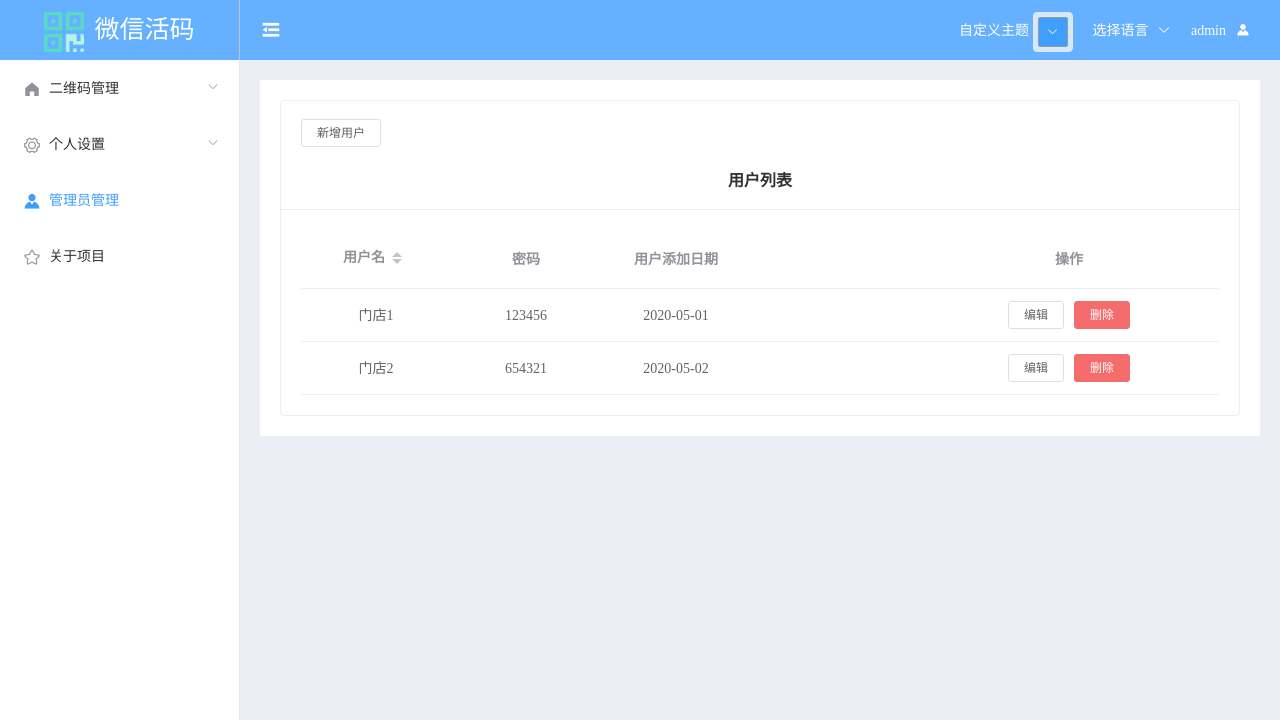
Repository: pioneer22/qrcode
Page: /#/manager
These files come from the project's save history. The page is drawn as it stood at one moment and after the next save; the edit follows.
The browser window is 1280 px wide. The pictures show the whole page.
The page's requests for data from a server got no answer. An inner scrolling area shows only its first screen. The project was rebuilt for these pictures with package versions that can differ from the ones it lists, and the page was loaded fresh each time. No one was signed in, and anything a server would have sent is missing. Also part of the build but not shown: vue.config.js, src/views/layout/TheLayoutSubSidebar.vue.

Above is the page before, as saved 2020-05-13 11:47:00.

### public/index.html
<!DOCTYPE html>
<html lang="en">

<head>
  <meta charset="utf-8">
  <meta http-equiv="X-UA-Compatible" content="IE=edge">
  <meta name="viewport" content="width=device-width,initial-scale=1.0">
  <link rel="icon" href="<%= BASE_URL %>favicon.ico">
  <title>Qrcode</title>
</head>

<body>
  <noscript>
    <strong>We're sorry but llplatform doesn't work properly without JavaScript enabled. Please enable it to
      continue.</strong>
  </noscript>
  <div id="app"></div>
  <!-- built files will be auto injected -->
</body>

</html>

### src/App.vue
<template>
  <div id="app">
    <router-view />
  </div>
</template>

<style lang="scss">
  #app {
    height: 100%;
  }
</style>

### src/assets/css/common.scss
html, body {
  height: 100%;
}

* {
  box-sizing: border-box;
  margin: 0;
  padding: 0;
}

/* Chrome 滚动条优化 */
* {
  &::-webkit-scrollbar { /*滚动条整体样式*/
    width: 8px; /*高宽分别对应横竖滚动条的尺寸*/
    height: 8px;
  }

  &::-webkit-scrollbar-thumb { /*滚动条里面小方块*/
    border-radius: 8px;
    background-color: hsla(220, 4%, 58%, .3);
    transition: background-color .3s;

    &:hover {
      background: #bbb;
    }
  }

  &::-webkit-scrollbar-track { /*滚动条里面轨道*/
    background: #EDEDED;
  }
}

### src/router/whiteList.js
/* 免登录白名单页面 */
const whiteList = [
  '/error/403',
  '/error/404',
  '/error/500',
  '/login',
  '/register'
]

export default whiteList

### src/views/layout/TheLayout.vue
<template>
  <el-row class="page">
    <el-col :span="24" style="position: absolute;">
      <the-header :open-nav="openNav" @toggle-open="toggleOpen"></the-header>
    </el-col>
    <el-col :span="24" class="page-main">
      <the-sidebar :open-nav="openNav"></the-sidebar>
      <section class="page-content" :class="{'page-content-hide-aside': !openNav}">
        <the-main></the-main>
        <the-footer></the-footer>
      </section>
    </el-col>
  </el-row>
</template>

<script>
  import TheLayoutHeader from './TheLayoutHeader'
  import TheLayoutSidebar from './TheLayoutSidebar'
  import TheLayoutFooter from './TheLayoutFooter'
  import TheLayoutMain from './TheLayoutMain'

  export default {
    name: 'TheLayout',
    data() {
      return {
        openNav: true
      }
    },
    created() {
      // 判断是否登陆，未登录返回登陆界面
      /*   if (!localStorage.getItem('user-token')) {
          this.$router.push('/login')
        } */
    },
    methods: {
      toggleOpen() {
        this.openNav = !this.openNav
      }
    },
    components: {
      'the-header': TheLayoutHeader,
      'the-sidebar': TheLayoutSidebar,
      'the-footer': TheLayoutFooter,
      'the-main': TheLayoutMain
    }
  }
</script>

<style scoped lang="scss">
  .page {
    position: absolute;
    left: 0;
    top: 0;
    height: 100%;
    width: 100%;

    .page-main {
      box-sizing: border-box;
      padding-top: 60px;
      height: 100%;

      .page-content {
        overflow: auto;
        margin-left: 240px;
        height: 100%;
        background-color: #EBEEF5;
      }

      .page-content-hide-aside {
        margin-left: 65px;
      }
    }
  }
</style>

### src/views/pages/PageManager.vue
<template>
  <div>
    <el-card class="card" shadow="hover">
      <div slot="header">
        <el-button size="mini" @click="handleAddChild">新增用户</el-button>
        <div style="text-align: center;padding-top: 20px;">
          <b>用户列表</b>
        </div>
      </div>

      <el-table :data="tableData" style="width: 100%">

        <el-table-column label="用户名" width="150" sortable prop="name">
          <template slot-scope="scope">
            <span>{{ scope.row.name }}</span>
          </template>
        </el-table-column>

        <el-table-column label="密码" width="150">
          <template slot-scope="scope">
            <span>{{ scope.row.password }}</span>
          </template>
        </el-table-column>

        <el-table-column label="用户添加日期" width="150">
          <template slot-scope="scope">
            <span>{{ scope.row.date }}</span>
          </template>
        </el-table-column>

        <el-table-column label="操作" fixed="right" width="300">
          <template slot-scope="scope">
            <el-button size="mini" @click="handleEditCurrentChild(scope.$index, scope.row)">编辑</el-button>
            <el-button size="mini" type="danger" @click="handleDeleteChild(scope.$index, scope.row)">删除</el-button>
          </template>
        </el-table-column>
      </el-table>
    </el-card>
  </div>
</template>

<script>
  import { changeTitle } from '@/api/qrcode'
  export default {
    name: 'PageQrcodeManage',
    data() {
      return {
        tableData: [{
          date: '2020-05-01',
          // img: require('@/assets/img/about/my-logo.png'),
          name: "门店1",
          password: '123456',

        },
        {
          date: '2020-05-02',
          // img: require('@/assets/img/about/my-logo.png'),
          name: "门店2",
          password: '654321',
        }],

        childDatas: [],
        childData: {},

        childImg: '',
        childTitle: ''
      }
    },

    computed: {
      rules() {
        return {
          title: [
            { required: true, message: '请输入子码标题', trigger: 'blur' },
            { min: 2, max: 50, message: '长度在 2 个字符以上', trigger: 'blur' }
          ],
          sortid: [
            { required: true, message: '请输入排序值', trigger: 'blur' },
            { type: 'number', message: '请输入数字', trigger: 'blur' }
          ]
        }
      }
    },

    watch: {
      'childData.sortid': {
        handler() {
          this.childData.sortid = parseInt(this.childData.sortid)
        }
      }
    },

    methods: {
      // 编辑活码，修改标题
      handleEdit(index, row) {
        let id = row.id
        this.$MessageBox.prompt(`请输入ID为${id}的活码要更新的标题~`, '提示', {
          confirmButtonText: '确定',
          cancelButtonText: '取消',
          inputValidator: (value) => { return value.length < 2 ? '标题长度小于2' : true },
        }).then(({ value }) => {
          let params = { title: value, id }
          changeTitle(params).then(data => {
            console.log("changeTitle:", data)
          }).catch(err => {
            console.log("changeTitleErr:", err)
          })
        }).catch(() => { });
      },

      // 编辑子码
      handleEditChild(index, row) {
        this.childDatas = this.tableData
        this.show = 2
      },

      // 删除活码
      handleDelete(index, row) {
        let id = row.id
        this.$MessageBox.confirm(`此操作将永久删除ID为${id}的活码, 是否继续?`, '提示', {
          confirmButtonText: '确定',
          cancelButtonText: '取消',
          type: 'warning'
        }).then(() => {
          this.tableData.splice(index, 1)
          /* this.$message({
            type: 'success',
            message: '删除成功!'
          }); */
        }).catch(() => { });
      },

      // 下载活码
      handleDownload(index, row) {
        const image = new Image();
        // 解决跨域 canvas 污染问题
        image.setAttribute('crossOrigin', 'anonymous');
        image.onload = function () {
          const canvas = document.createElement('canvas');
          canvas.width = image.width;
          canvas.height = image.height;
          const context = canvas.getContext('2d');
          context.drawImage(image, 0, 0, image.width, image.height);
          const url = canvas.toDataURL('image/png');
          // 生成一个 a 标签
          const a = document.createElement('a');
          // 创建一个点击事件
          const event = new MouseEvent('click');
          // 将 a 的 download 属性设置为我们想要下载的图片的名称，若 name 不存在则使用'图片'作为默认名称
          a.download = row.title || '图片';
          // 将生成的 URL 设置为 a.href 属性
          a.href = url;
          // 触发 a 的点击事件
          a.dispatchEvent(event);
        };
        image.src = row.img
      },

      // 新增子码
      handleAddChild() {
        this.childTitle = '新增子码'
        this.show = 3
        this.childData = {
          title: '子码标题',
          sortid: 1,
          url: ''
        }
      },

      // 编辑选中子码
      handleEditCurrentChild(index, row) {
        this.childTitle = '编辑子码'
        this.childData = row
        this.childData['name'] = this.childData['title']
        this.childData['url'] = this.childData['img']
        this.show = 3
      },

      // 删除选中子码
      handleDeleteChild(index, row) {
        let id = row.id
        this.$MessageBox.confirm(`此操作将永久删除ID为${id}的子码, 是否继续?`, '提示', {
          confirmButtonText: '确定',
          cancelButtonText: '取消',
          type: 'warning'
        }).then(() => {
          this.childDatas.splice(index, 1)
        }).catch(() => { });
      },

      // 返回上一页
      backPage() {
        this.show = this.show - 1
        if (this.show === 2) {
          // 重新请求，刷新数据
          this.childData = {}
        }
      },

      handleChange(file, fileList) {
        this.$refs.upload.clearFiles();
        let fileName = file.name;
        let regex = /(.jpg|.jpeg|.gif|.png|.bmp)$/;
        if (regex.test(fileName.toLowerCase())) {
          this.childImg = URL.createObjectURL(file.raw)  // 获取URL
        } else {
          this.$message.error('请选择图片文件');
        }
      },

      // 提交更改
      submitForm(formName) {
        this.$refs[formName].validate((valid) => {
          if (valid) {
            // 手动上传文件,当点击确定再上传图片
            this.$refs.upload.submit();

            // 将数据图片传到后台处理
            // console.log("submitForm", this.fileList)
            // alert('submit!')
          } else {
            return false
          }
        })
      },

      beforeUpload(file) {
        console.log("beforeUpload:", file)
      },

      // 图片上传成功
      handleSuccess(response, file, fileList) {
        // this.childImg = res.data
        // this.childData = fileList[0]
        this.childImg = fileList[0].url
        console.log("file:", fileList)
      }
    }
  }
</script>

<style scoped>
  .card {
    /* min-width: fit-content; */
    max-width: 100%;
  }

  .el-table th>>>.cell {
    text-align: center;
  }

  .el-table>>>.cell {
    text-align: center;
  }
</style>

### src/views/layout/TheLayoutHeader.vue
<template>
  <el-header class="header el-button--primary">
    <router-link to="/index">
      <div class="logo" :class="{'logo-hide': !openNav}">
        <img src="../../assets/qrcode.png" class="image" />
        <span class="text">{{ $t('header.qrcode') }}</span>
      </div>
    </router-link>
    <div class="content">
      <i class="el-icon-s-fold toggle" @click="navOpenToggle" :title="$t('header.toggleNavHide')" v-show="openNav"></i>
      <i class="el-icon-s-unfold toggle" @click="navOpenToggle" :title="$t('header.toggleNavShow')"
        v-show="!openNav"></i>
    </div>
    <div class="right max-right">
      <div class="right-item">
        {{ $t('header.themeChange') }}
        <theme-picker></theme-picker>
      </div>
      <div class="right-item" @click="clickLangue">
        <el-dropdown trigger="click" @command="changeLanguage" id="langDropDown">
          <p class="user-info">
            {{ $t('header.languageSelect') }}
            <i class="el-icon-arrow-down el-icon--right drop-icon" id="langDropIcon"></i>
          </p>
          <el-dropdown-menu slot="dropdown">
            <el-dropdown-item command="zh-cn" :disabled="this.lang==='zh-cn'">
              {{$t('header.langZh')}}
            </el-dropdown-item>
            <el-dropdown-item command="en" :disabled="this.lang==='en'">
              {{$t('header.langEn')}}
            </el-dropdown-item>
          </el-dropdown-menu>
        </el-dropdown>
      </div>
      <div class="right-item">
        <el-dropdown trigger="click">
          <p class="user-info">
            {{ user.name }}<i class="el-icon-s-custom" style="margin-left: 10px"></i>
          </p>
          <el-dropdown-menu slot="dropdown">
            <el-dropdown-item>
              <router-link to="/user/password">
                <el-link :underline="false">{{$t('header.modifyPass')}}</el-link>
              </router-link>
            </el-dropdown-item>
            <el-dropdown-item divided @click.native="logout()">
              {{$t('header.logout')}}
            </el-dropdown-item>
          </el-dropdown-menu>
        </el-dropdown>
      </div>
    </div>
    <div class="right min-right">
      <el-dropdown trigger="click" :hide-on-click="false">
        <p class="user-info">
          <i class="el-icon-s-custom"></i>
        </p>
        <el-dropdown-menu slot="dropdown">
          <el-dropdown-item>
            {{ user.name }}
          </el-dropdown-item>
          <el-dropdown-item divided>
            {{ $t('header.themeChange') }}
            <theme-picker></theme-picker>
          </el-dropdown-item>
          <el-dropdown-item>
            <el-dropdown trigger="click" @command="changeLanguage" placement="left">
              <p class="user-info">
                {{ $t('header.languageSelect') }}
                <i class="el-icon-arrow-down el-icon--right drop-icon"></i>
              </p>
              <el-dropdown-menu slot="dropdown">
                <el-dropdown-item command="zh-cn" :disabled="this.lang==='zh-cn'">
                  {{$t('header.langZh')}}
                </el-dropdown-item>
                <el-dropdown-item command="en" :disabled="this.lang==='en'">
                  {{$t('header.langEn')}}
                </el-dropdown-item>
              </el-dropdown-menu>
            </el-dropdown>
          </el-dropdown-item>
          <el-dropdown-item divided @click.native="logout()">
            {{$t('header.logout')}}
          </el-dropdown-item>
        </el-dropdown-menu>
      </el-dropdown>
    </div>
  </el-header>
</template>

<script>
  import { mapState } from 'vuex'
  import ThemePicker from '@/components/ThemePicker'

  export default {
    name: 'TheLayoutHeader',
    props: ['openNav'],
    components: {
      ThemePicker
    },
    data() {
      const lang = localStorage.getItem('user-language') || 'zh-cn'
      return {
        langDrop: false,
        lang: lang
      }
    },
    computed: {
      ...mapState(['user'])
    },
    methods: {
      navOpenToggle() {
        this.$emit('toggle-open')
      },
      logout() {
        // do something
        this.$router.push('/login')
      },
      changeLanguage(language) {
        localStorage.setItem('user-language', language)
        this.$i18n.locale = language
        this.lang = language
      },
      clickLangue() {
        let langDropIcon = document.getElementById('langDropIcon')
        if (this.langDrop) {
          langDropIcon.style.transform = 'rotate(0deg)'
        } else {
          langDropIcon.style.transform = 'rotate(-180deg)'
        }
        this.langDrop = !this.langDrop
      }
    }
  }
</script>

<style scoped lang="scss">
  .header {
    color: #ffffff;
    line-height: 60px;
    user-select: none;

    div {
      display: inline-block;
    }

    .logo {
      width: 240px;
      border-right: 1px solid #C0C4CC;
      margin-left: -20px;
      text-align: center;
      font-size: 25px;
      cursor: pointer;

      .image {
        width: 40px;
        height: 40px;
        vertical-align: middle;
      }

      .text {
        padding-left: 10px;
        color: #ffffff;
      }
    }

    .logo-hide {
      width: 65px;

      .text {
        display: none;
      }
    }

    .content {
      padding: 0 20px;

      .toggle {
        font-size: 22px;
        cursor: pointer;
      }
    }

    .right {
      float: right;

      .right-item {
        display: inline-block;
        padding: 0 10px;
        min-width: 60px;
        text-align: center;
        font-size: 14px;
        cursor: pointer;

        .drop-icon {
          transition: transform 0.2s;
        }
      }

      .right-item:hover {
        background-color: rgba(255, 255, 255, 0.3);
      }

      .user-info {
        color: #ffffff;
      }
    }

    .min-right {
      display: none;
    }
  }

  @media (max-width: 768px) {
    .header {
      .logo {
        border: none;
        display: contents;

        .text {
          display: inline-block !important;
        }
      }

      .content {
        float: left;
        margin-left: -20px;
      }
    }

    .max-right {
      display: none !important;
    }

    .min-right {
      display: inline-block !important;
    }
  }
</style>

### src/views/layout/TheLayoutSidebar.vue
<template>
  <aside class="sidebar" :class="{'sidebar-hide': !openNav}">
    <el-menu :default-active="selectMenu" class="sidebar-menu" :collapse="!openNav"
             :collapse-transition="false" :router="true">
      <template v-for="menu in user.accessMenu">
        <el-menu-item v-if="!menu.children" :key="menu.name" :index="menu.path">
          <i :class="menu.icon" v-if="menu.icon"></i>
          <span slot="title">{{ $t(menu.title) }}</span>
        </el-menu-item>
        <the-submenu :key="menu.name" :subMenu="menu" v-else :i18n="i18n"></the-submenu>
      </template>
    </el-menu>
  </aside>
</template>

<script>
import TheLayoutSubSidebar from './TheLayoutSubSidebar'
import { mapState } from 'vuex'

export default {
  name: 'TheLayoutSidebar',
  props: ['openNav'],
  components: {
    'the-submenu': TheLayoutSubSidebar
  },
  computed: {
    selectMenu () {
      return this.$route.meta.menuPath || this.$route.path
    },
    ...mapState(['user'])
  },
  methods: {
    i18n: function (key) {
      return this.$t(key)
    }
  }
}
</script>

<style scoped lang="scss">
.sidebar {
  float: left;
  width: 240px;
  height: 100%;
  border-right: 1px solid #e6e6e6;
  overflow: auto;

  .sidebar-menu {
    border: none;
    height: 100%;
  }
}

.sidebar-hide {
  width: 65px;
}
</style>

### src/views/layout/TheLayoutFooter.vue
<template>
  <footer class="footer">
    广州汇美舍天然用品连锁有限公司
  </footer>
</template>

<script>
  export default {
    name: 'TheLayoutHeader'
  }
</script>

<style scoped>
  .footer {
    height: 40px;
    line-height: 40px;
    text-align: center;
    border-top: 1px solid #e6e6e6;
    background-color: #ffffff;
  }
</style>

### src/views/layout/TheLayoutMain.vue
<template>
  <el-main class="page-sub-main">
    <transition name="fade" mode="out-in">
      <router-view class="main-body"></router-view>
    </transition>
  </el-main>
</template>

<script>
  export default {
    name: 'TheLayoutMain'
  }
</script>

<style scoped>
  .page-sub-main {
    color: #666666;
    min-height: 100%;
    overflow: visible;
    /* min-width: fit-content; */
    max-width: 100%;

  }

  .main-body {
    background-color: #ffffff;
    padding: 20px;
    min-height: 100%;
  }
</style>

### src/api/qrcode.js
import { request } from '../utils/request'

// 修改活码标题
export const changeTitle = params => {
  return request('/api/qrcode/editTitle', params)
}

### src/components/ThemePicker.vue
<template>
  <el-color-picker
    v-model="theme"
    class="theme-picker"
    :predefine="predefineColors"
    popper-class="theme-picker-dropdown"/>
</template>

<script>
const version = require('element-ui/package.json').version // element-ui version from node_modules
const ORIGINAL_THEME = '#409EFF' // default color
export default {
  data () {
    return {
      chalk: '', // content of theme-chalk css
      predefineColors: [
        '#409EFF',
        '#fa541c',
        '#fa8c16',
        '#faad14',
        '#fadb14',
        '#a0d911',
        '#52c41a',
        '#13c2c2',
        '#1890ff',
        '#2f54eb',
        '#722ed1',
        '#eb2f96',
        '#f5222d'
      ],
      theme: ORIGINAL_THEME
    }
  },
  watch: {
    theme (val, oldVal) {
      if (typeof val !== 'string') return
      const themeCluster = this.getThemeCluster(val.replace('#', ''))
      const originalCluster = this.getThemeCluster(oldVal.replace('#', ''))
      const getHandler = (variable, id) => {
        return () => {
          const originalCluster = this.getThemeCluster(ORIGINAL_THEME.replace('#', ''))
          const newStyle = this.updateStyle(this[variable], originalCluster, themeCluster)
          let styleTag = document.getElementById(id)
          if (!styleTag) {
            styleTag = document.createElement('style')
            styleTag.setAttribute('id', id)
            document.head.appendChild(styleTag)
          }
          styleTag.innerText = newStyle
        }
      }
      const chalkHandler = getHandler('chalk', 'chalk-style')
      if (!this.chalk) {
        const url = `https://unpkg.com/element-ui@${version}/lib/theme-chalk/index.css`
        this.getCSSString(url, chalkHandler, 'chalk')
      } else {
        chalkHandler()
      }
      const styles = [].slice.call(document.querySelectorAll('style'))
        .filter(style => {
          const text = style.innerText
          return new RegExp(oldVal, 'i').test(text) && !/Chalk Variables/.test(text)
        })
      styles.forEach(style => {
        const { innerText } = style
        if (typeof innerText !== 'string') return
        style.innerText = this.updateStyle(innerText, originalCluster, themeCluster)
      })
      localStorage.setItem('user-theme', val)
    }
  },
  methods: {
    updateStyle (style, oldCluster, newCluster) {
      let newStyle = style
      oldCluster.forEach((color, index) => {
        newStyle = newStyle.replace(new RegExp(color, 'ig'), newCluster[index])
      })
      return newStyle
    },
    getCSSString (url, callback, variable) {
      const xhr = new XMLHttpRequest()
      xhr.onreadystatechange = () => {
        if (xhr.readyState === 4 && xhr.status === 200) {
          this[variable] = xhr.responseText.replace(/@font-face{[^}]+}/, '')
          callback()
        }
      }
      xhr.open('GET', url)
      xhr.send()
    },
    getThemeCluster (theme) {
      const tintColor = (color, tint) => {
        let red = parseInt(color.slice(0, 2), 16)
        let green = parseInt(color.slice(2, 4), 16)
        let blue = parseInt(color.slice(4, 6), 16)
        if (tint === 0) { // when primary color is in its rgb space
          return [red, green, blue].join(',')
        } else {
          red += Math.round(tint * (255 - red))
          green += Math.round(tint * (255 - green))
          blue += Math.round(tint * (255 - blue))
          red = red.toString(16)
          green = green.toString(16)
          blue = blue.toString(16)
          return `#${red}${green}${blue}`
        }
      }
      const shadeColor = (color, shade) => {
        let red = parseInt(color.slice(0, 2), 16)
        let green = parseInt(color.slice(2, 4), 16)
        let blue = parseInt(color.slice(4, 6), 16)
        red = Math.round((1 - shade) * red)
        green = Math.round((1 - shade) * green)
        blue = Math.round((1 - shade) * blue)
        red = red.toString(16)
        green = green.toString(16)
        blue = blue.toString(16)
        return `#${red}${green}${blue}`
      }
      const clusters = [theme]
      for (let i = 0; i <= 9; i++) {
        clusters.push(tintColor(theme, Number((i / 10).toFixed(2))))
      }
      clusters.push(shadeColor(theme, 0.1))
      return clusters
    }
  },
  mounted () {
    const lastTheme = localStorage.getItem('user-theme') || ORIGINAL_THEME
    this.theme = lastTheme
  }
}
</script>

<style>
.theme-picker .el-color-picker__trigger {
  vertical-align: middle;
  background-color: rgba(255, 255, 255, 0.7);
}

.theme-picker-dropdown .el-color-dropdown__link-btn {
  display: none;
}
</style>

Loaded but not shown: src/utils/request.js (134 lines, source omitted); src/router/staticRouter.js (144 lines, source omitted); src/store/index.js (98 lines, source omitted); src/main.js (129 lines, source omitted); src/assets/lang/en.js (97 lines, source omitted); src/assets/lang/zh-cn.js (100 lines, source omitted); src/router/index.js (66 lines, source omitted); src/api/user.js (60 lines, source omitted)

After the next save:
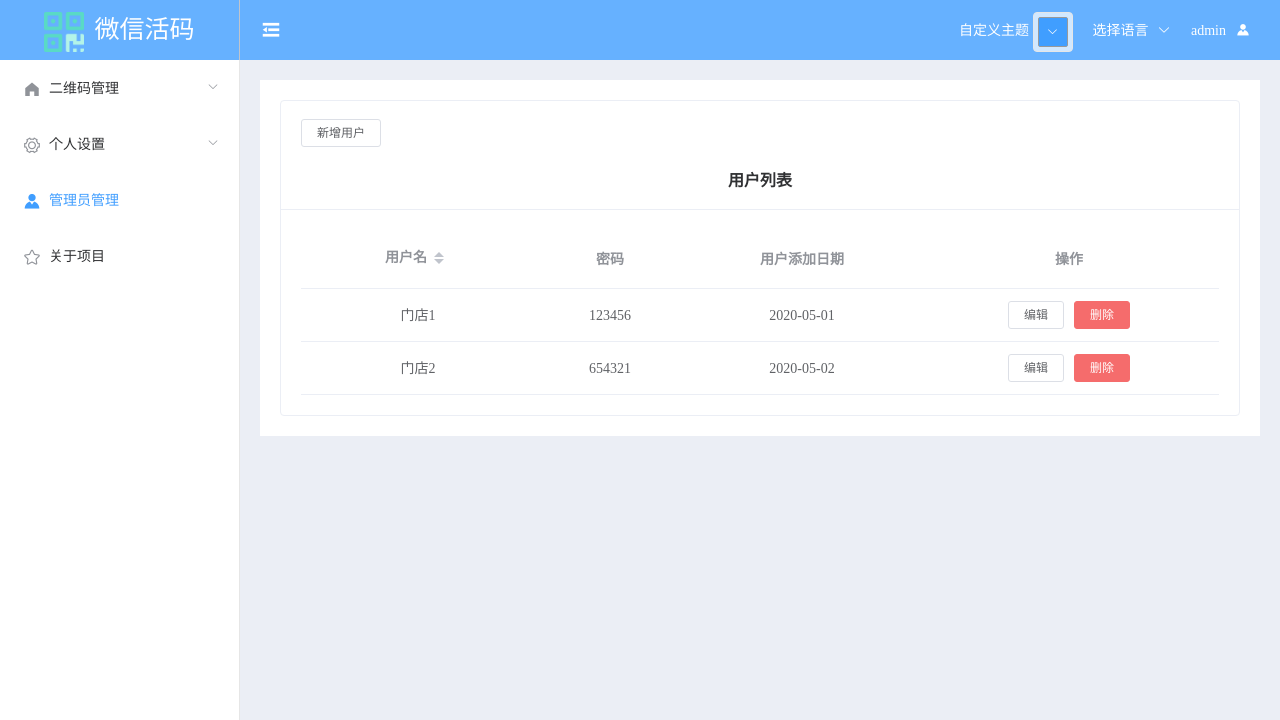
Saved 47 s later.
--- a/src/views/pages/PageManager.vue
+++ b/src/views/pages/PageManager.vue
@@ -10,7 +10,7 @@
 
       <el-table :data="tableData" style="width: 100%">
 
-        <el-table-column label="用户名" width="150" sortable prop="name">
+        <el-table-column label="用户名" sortable prop="name">
           <template slot-scope="scope">
             <span>{{ scope.row.name }}</span>
           </template>
@@ -22,7 +22,7 @@
           </template>
         </el-table-column>
 
-        <el-table-column label="用户添加日期" width="150">
+        <el-table-column label="用户添加日期">
           <template slot-scope="scope">
             <span>{{ scope.row.date }}</span>
           </template>
